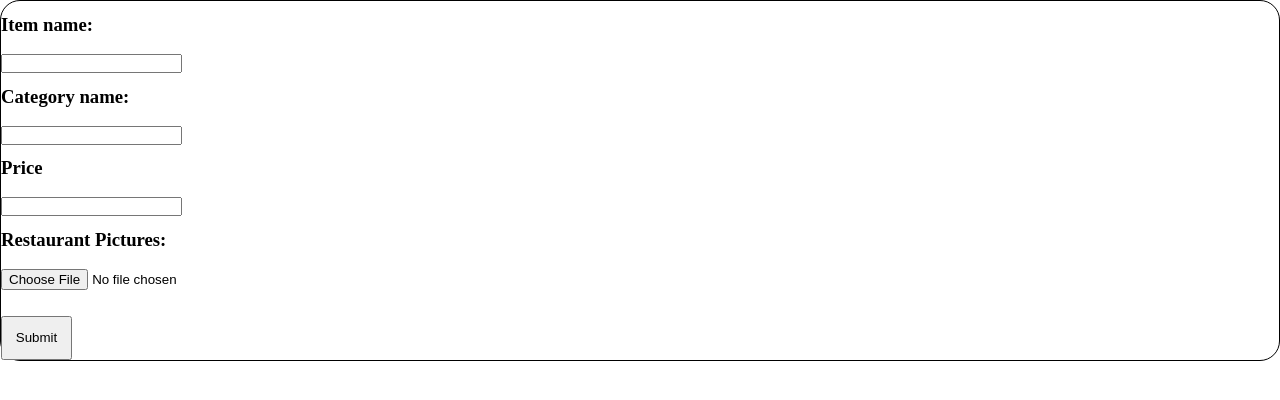
Repository: jatannoury/Ecommerce-Laravel-Electron
Page: Admin-electron/src/HTML/add_item.html
The author's editor kept a copy of each file at every save. The page is drawn from the files as they stood at one save, then again after the next save.
The browser window is 1280 px wide. The pictures show the whole page.

Above is the page before, as saved 2022-06-10 22:55:23.

After the next save:
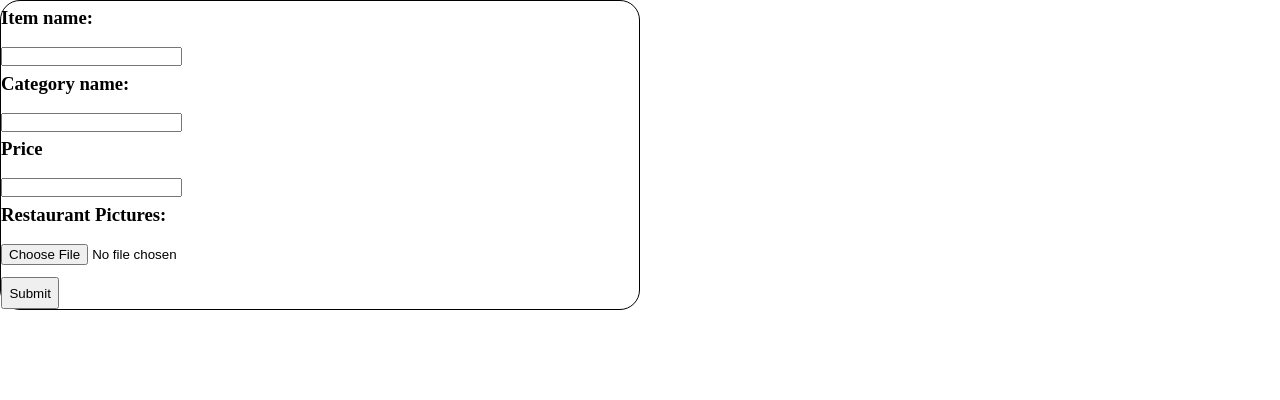
Saved 4 s later.
--- a/Admin-electron/src/CSS/styles.css
+++ b/Admin-electron/src/CSS/styles.css
@@ -35,4 +35,5 @@
 form {
     border: 1px solid black;
     border-radius: 20px;
+    width:50%
 }
